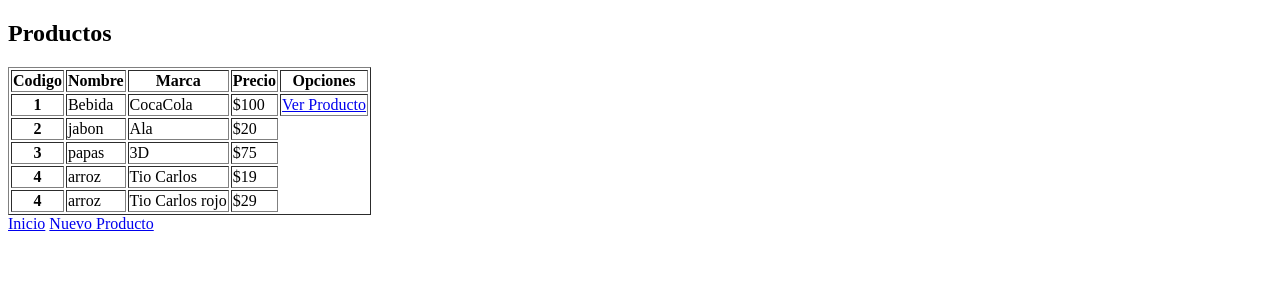
Repository: Alemartinez97/New-Repository
Page: programacion-3/tp3/producto.html
These files come from the project's save history. The page is drawn as it stood at one moment and after the next save; the edit follows.
The browser window is 1280 px wide. The pictures show the whole page.

Above is the page before, as saved 2020-06-04 18:16:51.

After the next save:
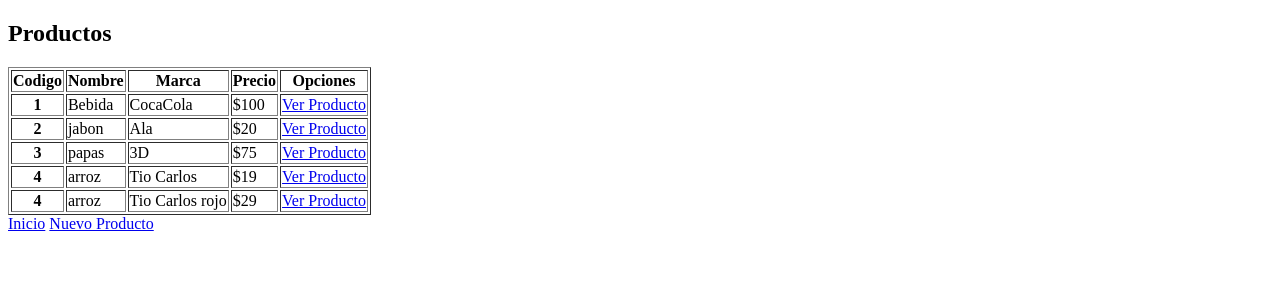
Saved 21 s later.
--- a/programacion-3/tp3/producto.html
+++ b/programacion-3/tp3/producto.html
@@ -28,24 +28,28 @@
             <td>jabon</td>
             <td>Ala</td>
             <td>$20</td>
+            <td><a href="verProducto.html">Ver Producto</a></td>
           </tr>
           <tr>
             <th>3</th>
             <td>papas</td>
             <td>3D</td>
             <td>$75</td>
+            <td><a href="verProducto.html">Ver Producto</a></td>
           </tr>
           <tr>
             <th>4</th>
             <td>arroz</td>
             <td>Tio Carlos</td>
             <td>$19</td>
+            <td><a href="verProducto.html">Ver Producto</a></td>
           </tr>
           <tr>
             <th>4</th>
             <td>arroz</td>
             <td>Tio Carlos rojo</td>
             <td>$29</td>
+            <td><a href="verProducto.html">Ver Producto</a></td>
           </tr>
         </tbody>
       </table>
